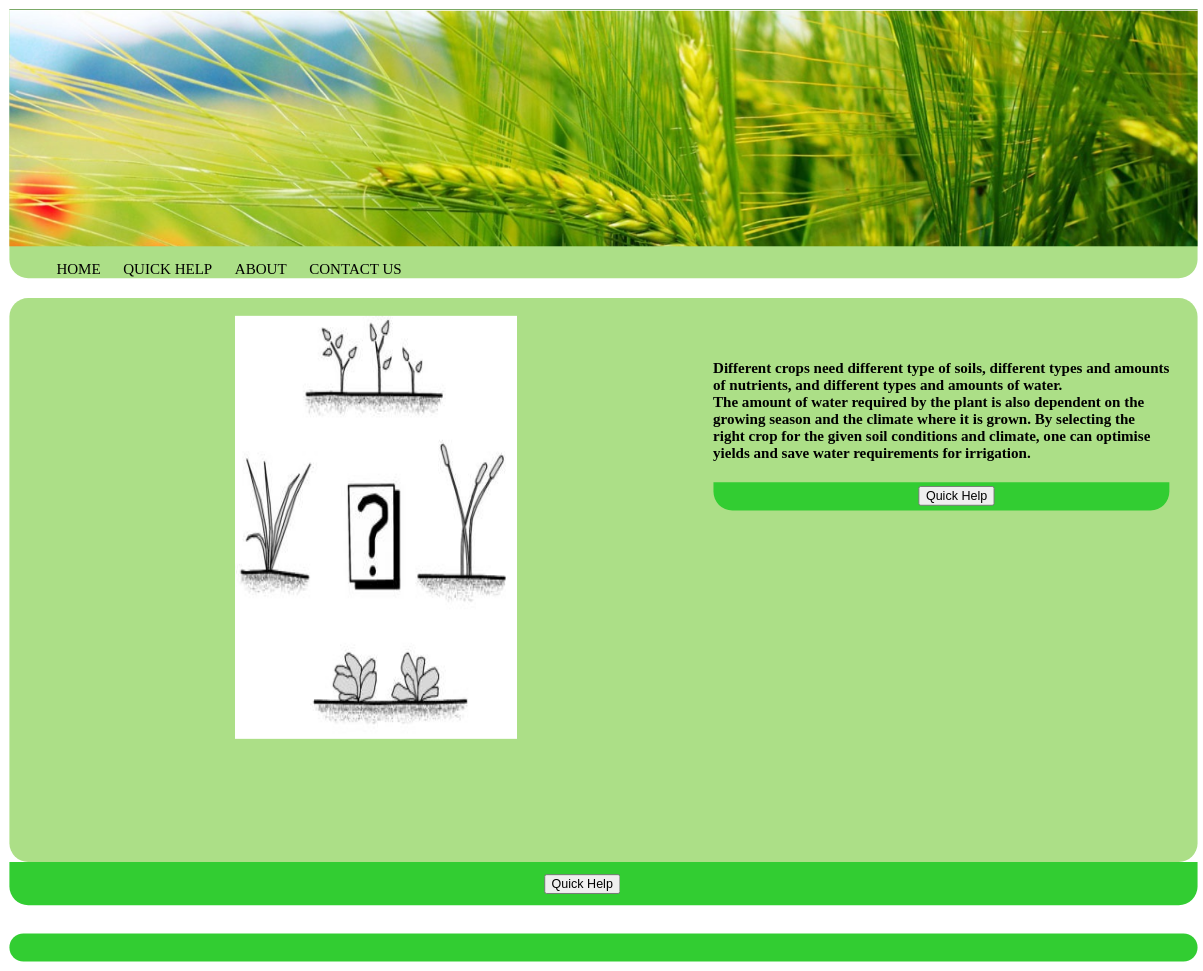
Repository: shivamtyagi1234/FarmoFriend
Page: http://localhost/FarmoFriend/
These files come from the project's save history. The page is drawn as it stood at one moment and after the next save; the edit follows.
The browser window is 1280 px wide. The pictures show the whole page, at 94% of full size.
The page is served by Tomcat 9. Other server files are loaded and not shown.

Above is the page before, as saved 2019-11-03 07:15:50.

### FarmoFriend/WebContent/home.jsp
<%@ page language="java" contentType="text/html; charset=ISO-8859-1"
    pageEncoding="ISO-8859-1"%>
<!DOCTYPE html PUBLIC "-//W3C//DTD HTML 4.01 Transitional//EN" "http://www.w3.org/TR/html4/loose.dtd">
<html>
<head>
<meta http-equiv="Content-Type" content="text/html; charset=ISO-8859-1">
<title>home</title>

<style type="text/css">
#main
{
width: 100%;
height: 100%;
border: 2px solid white;
}
#homeHead
{
background-color: #ACDF87;
border-radius:0px 0px 20px 20px;
}
#blank1
{
width: 100%;
height: 5px;
}
#homeBody
{
background-color: #ACDF87;
border-top:2px solid;
width: 100%;
height: 600px;
border: 2px;
border-color:limegreen;
border-radius:20px 20px 20px 20px;
}
#homeImage
{
height: 100%;
width: 50%;
}
#homeContent
{
height: 100%;
width: 50%;
}
#homeBody img
{
height:450px;
width:300px;
padding-left: 38%;
padding-top: 3%;
}
#vote
{
border:2px;
border-color: limegreen;
padding-top:1%;
padding-left: 45%;
padding-bottom:1%;
background-color: limegreen;
border-radius:0px 0px 20px 20px;
}
#blank2
{
width: 100%;
height:30px;
}
</style>
</head>
<body >
<div id="main">
<div id="homeHead">
<jsp:include page="header.jsp"></jsp:include>
</div>
<div id="blank1"></div>

<div id="homeBody">
	<div style="float: left; width: 50%"><img alt="home1" src="images\crop selection.jpg" ></div>
	<div style="float: right; text-align: left; text-decoration: blink; padding-right:30px; padding-top: 45px";>
	<p><h4>Different crops need different type of soils, different types and amounts
	<br>of nutrients, and different types and amounts of water.
	<br> The amount of water required by the plant is also dependent on the
	<br>growing season and the climate where it is grown. By selecting the
	<br>right crop for the given soil conditions and climate, one can optimise
	<br> yields and save water requirements for irrigation.<br></h4></p>
	<div id="vote">
<a href="voterLogin.jsp"><button>Quick Help</button></a>
</div>
	</div>




</div>
<div id="vote">
<a href="voterLogin.jsp"><button>Quick Help</button></a>
</div>
<div id="blank2"></div>
<div id="homeFoot">
<jsp:include page="footer.jsp"></jsp:include>
</div>
</div>
</body>
</html>

### FarmoFriend/WebContent/header.jsp
<%@ page language="java" contentType="text/html; charset=ISO-8859-1"
    pageEncoding="ISO-8859-1"%>
<!DOCTYPE html PUBLIC "-//W3C//DTD HTML 4.01 Transitional//EN" "http://www.w3.org/TR/html4/loose.dtd">
<head>
<meta http-equiv="Content-Type" content="text/html; charset=ISO-8859-1">
<title>result</title>
<style>
#header
{
height: 25%;
width: 100%;


}
#header ul
{
list-style-type: none;
}
#header ul li
{
display: inline;

padding: 10px;
}
#header ul li a
{
text-decoration: none;
color: black;
}
</style>
</head>
<body>
<div id="header">
	<img src="images\head.png" width="100%">
	<ul>
	<li><a href="home.jsp">HOME</a></li>
	<li><a href="registration.jsp">QUICK HELP</a></li>
	<li><a href="voterLogin.jsp">ABOUT</a></li>
	<li><a href="result.jsp">CONTACT US</a></li>
</ul>
</div>
</body>
</html>

### FarmoFriend/WebContent/footer.jsp
<%@ page language="java" contentType="text/html; charset=ISO-8859-1"
    pageEncoding="ISO-8859-1"%>
<!DOCTYPE html PUBLIC "-//W3C//DTD HTML 4.01 Transitional//EN" "http://www.w3.org/TR/html4/loose.dtd">
<html>
<head>
<meta http-equiv="Content-Type" content="text/html; charset=ISO-8859-1">

<title>FOOTER</title>
<style type="text/css">
#footer
{
width: 100%;
height: 30px;
background-color: limegreen;
border-radius:20px 20px 20px 20px;
}
</style>
</head>
<body>
<div id="footer">

</div>
</body>
</html>

After the next save:
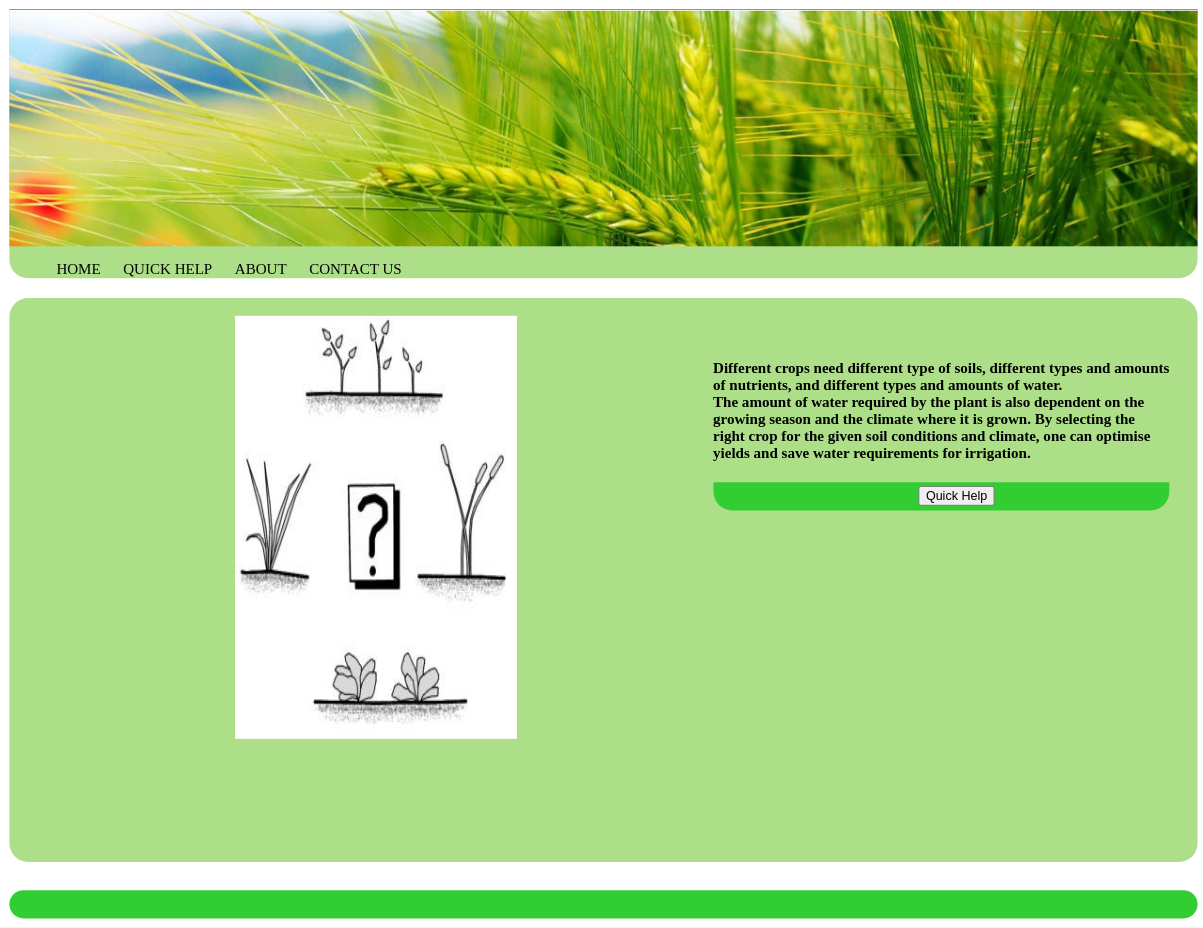
Saved 70 s later.
--- a/FarmoFriend/WebContent/home.jsp
+++ b/FarmoFriend/WebContent/home.jsp
@@ -50,10 +50,10 @@ width:300px;
 padding-left: 38%;
 padding-top: 3%;
 }
-#vote
+#QuickHelp
 {
 border:2px;
-border-color: limegreen;
+border-color: #ACDF87;
 padding-top:1%;
 padding-left: 45%;
 padding-bottom:1%;
@@ -83,7 +83,7 @@ height:30px;
 	<br>growing season and the climate where it is grown. By selecting the
 	<br>right crop for the given soil conditions and climate, one can optimise
 	<br> yields and save water requirements for irrigation.<br></h4></p>
-	<div id="vote">
+	<div id="QuickHelp">
 <a href="voterLogin.jsp"><button>Quick Help</button></a>
 </div>
 	</div>
@@ -92,9 +92,6 @@ height:30px;
 
 
 </div>
-<div id="vote">
-<a href="voterLogin.jsp"><button>Quick Help</button></a>
-</div>
 <div id="blank2"></div>
 <div id="homeFoot">
 <jsp:include page="footer.jsp"></jsp:include>
